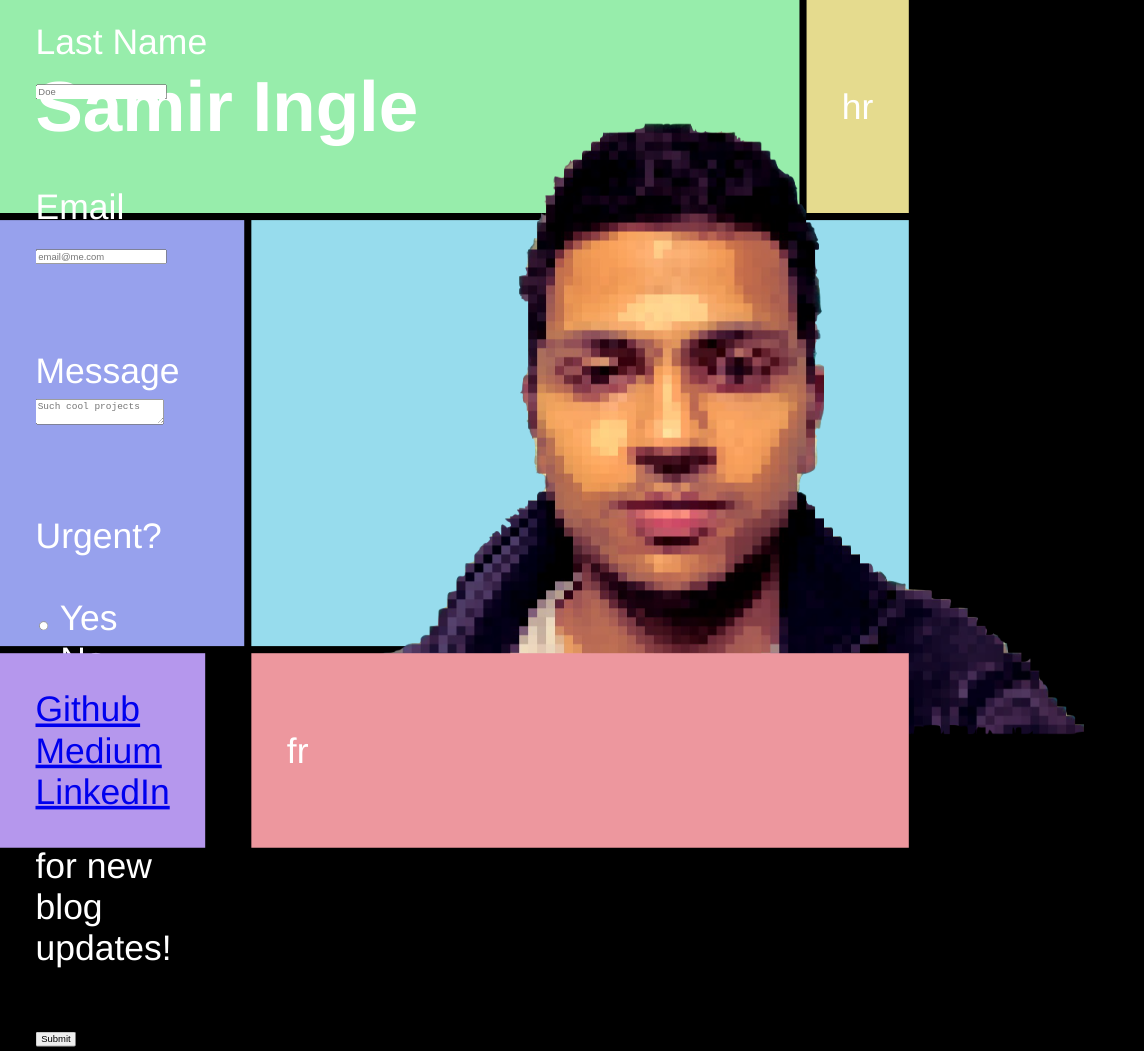
Repository: SamirIngley/html-semantic
Page: templates/contact.html
The author's editor kept a copy of each file at every save. The page is drawn from the files as they stood at one save, then again after the next save.
The browser window is 1280 px wide. The page is 1527 px wide, then 1611 px, so the pictures cover 1611 px, including what lies to the right of the window. The pictures show the whole page, at 71% of full size.

Above is the page before, as saved 2020-02-06 08:01:01.

### templates/contact.html
<!DOCTYPE html>
<html lang="en">
<head>
    <meta charset="UTF-8">
    <meta name="viewport" content="width=device-width, initial-scale=1.0">
    <meta http-equiv="X-UA-Compatible" content="ie=edge">
    <center><title>Samir Ingle</title></center>
    <link href="style.css" rel="stylesheet">
</head>

<div class="wrapper">

    <div class="header">
        <div>
            <h1>
                Samir Ingle
            </h1>
        </div>
    </div>

    <div class="header-right">
        <div>hr</div>
    </div>

    <div class="main-content">
        <div><img src="static/images/8-bit.png" alt="samir-profile-pic" style="width:136%;"></div>
    </div>

    <div class="side-bar">
        <div><form action="process.php" method="POST">
            <div>
                <label>First Name</label><br>
                <input type="text" name="firstName" placeholder="John">
            </div>
            <br>
            <br>

            <div>
                <label>Last Name</label><br>
                <input type="text" name="lastName" placeholder="Doe">
            </div>
            <br>
            <br>

            <div>
                <label>Email</label><br>
                <input type="email" name="email" placeholder="email@me.com">
            </div>
            <br>
            <br>
            <div>
                <label>Message</label><br>
                <textarea name="message" placeholder="Such cool projects"></textarea>
            </div>
            <br>
            <br>
            <div>

                    Urgent?<br>
                    <br>
                <label>
                    <input type="radio" name="urgent" value="true">
                    Yes
                    </label><br>

                    <label>
                            <input type="radio" name="urgent" value="false" checked>
                            No<br>
                    </label>

            </div>
            <br>
            <br>
            <div>
                <label>
                    <input type="checkbox" name="Subscribe for updates" value="subscribe"> Subscribe for new blog updates!<br>
                </label>
            </div>
            <br>
            <div>
                <input type="submit" name="submit" value="Submit">
            </div>
        </form></div>
    </div>

    <div class="footer">
        <div><a href="https://github.com/SamirIngley">Github</a>
            <a href="https://medium.com/@SamirIngle">Medium</a>
            <a href="https://www.linkedin.com/in/samiringle/">LinkedIn</a>
        </div>
    </div>

    <div class="footer-right">
        <div>fr</div>
    </div>

</div>
<br>
<br>

</html>

### templates/style.css

/* * {
    box-sizing: border-box;
} */

body {
  margin: 0;
  font-size: 50px;
  background-color:rgb(0, 0, 0);
  color: white;
  font-family: Helvetica;
}
/*
<nav>
                <div class='dropdown'>
                    <button class='dropbtn'>pages</button>
                    <div class="dropdown-content">
                        <a href="/about">about</a>
                        <a href="/projects">projects</a>
                        <a href="/contact">contact</a>
                    </div>
                </div>
            </nav> */

.wrapper {
  display: grid;
  grid-gap: 10px;
  grid-template-columns: repeat(2, 1fr);
  grid-template-rows: 300px 600px;
  /*
  The named areas below define where elements with
  those names are placed on the grid.
  */
  grid-template-areas:  "h h h r"
                        "s s m m"
                        "f . g g";
}

.wrapper>div {
  color: white;
  font-family: Helvetica;
  padding: 1em;
  display: flex;
  justify-content: space-between;
  align-items: center;
  /* height: 20px; */
}

.header {
  /* Name this element to place it on the grid */
  grid-area: h;
}

.header-right {
  grid-area: r;
}

.main-content {
  grid-area: m;
}

.side-bar {
  grid-area: s;
}

.footer {
  grid-area: f;
}

.footer-right {
  grid-area: g;
}

.wrapper>div:nth-child(1) {
  background-color: #97edab
}

.wrapper>div:nth-child(2) {
  background-color: #e5db8e
}

.wrapper>div:nth-child(3) {
  background-color: #97dced
}

.wrapper>div:nth-child(4) {
  background-color: #97a1ed
}

.wrapper>div:nth-child(5) {
  background-color: #b597ed
}

.wrapper>div:nth-child(6) {
  background-color: #ed979e
}



/* ----- Bio ----- */
/*
.bio ul {
  list-style: none;
}



----- Nav -----
nav {
  background-color: rgba(215, 176, 251, 0);
  /* font-weight:bold; */
}
/*

nav a {
  color: white;
  text-align: right;
  font-size: 2vw;
  text-decoration: none;
}

nav a:hover{
  color: lime;
}

nav a.active {
  background-color: orange;
  color: purple;
}


nav {
  display: flex;
  justify-content: flex-end;
  list-style: none;
} */
/*
nav {
    padding: 1em;
} */



/*
.topnav {
  overflow: hidden;
  background-color: rgb(226, 226, 226);
}

.topnav a {
  float: right;
  color: #ffffff;
  text-align: center;
  padding: 14px 16px;
  text-decoration: none;
  font-size: 3px;
}

.topnav a:hover {
  background-color: #ddd;
  color: black;
}

.topnav a.active {
  background-color: lime;
  color: white;
} */


/* -------- Drop Down -------- */

.dropbtn {
  background-color: rgba(247, 246, 246, 0);
  color: white;
  /* padding: 60px; */
  padding: 10px 0px 50px 100px;

  font-size: 5em;
  border: 1px;
  cursor: pointer;
}
/*
.dropbtn:hover {
  color: lime;
  background-color: rgba(247, 246, 246, 0);


}

.dropdown {
  position: relative;
  display: inline-block;
}

.dropdown-content {
  display: none;
  position: absolute;
  padding: 0px;
  border: 0px;
  margin: 0px;

  right: 0;
  background-color: #6f6f6f00;
  min-width: 200px;
  box-shadow: 0px 8px 16px 0px rgba(0,0,0,0.2);
  z-index: 1;
} */
/*
.dropdown-content a {
  color: white;
  padding: 100px 100px 100 100px;
  text-decoration: none;
  display: block;
  font-size: 13em;

} */
/*
.dropdown-content a:hover {background-color: #00000000;}

.dropdown:hover .dropdown-content {display: block;}
.dropdown:hover .dropbtn {background-color: #000000;}
  */

After the next save:
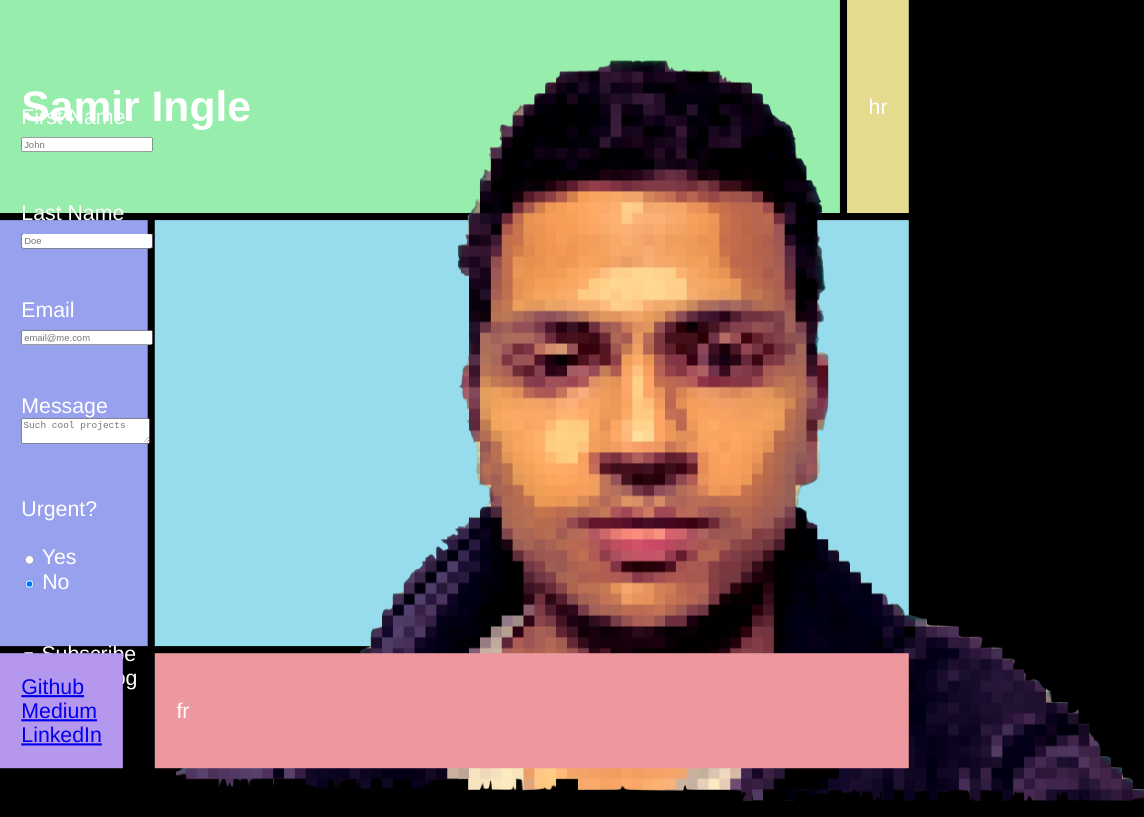
Saved 8 s later.
--- a/templates/style.css
+++ b/templates/style.css
@@ -5,7 +5,7 @@
 
 body {
   margin: 0;
-  font-size: 50px;
+  font-size: 30px;
   background-color:rgb(0, 0, 0);
   color: white;
   font-family: Helvetica;
